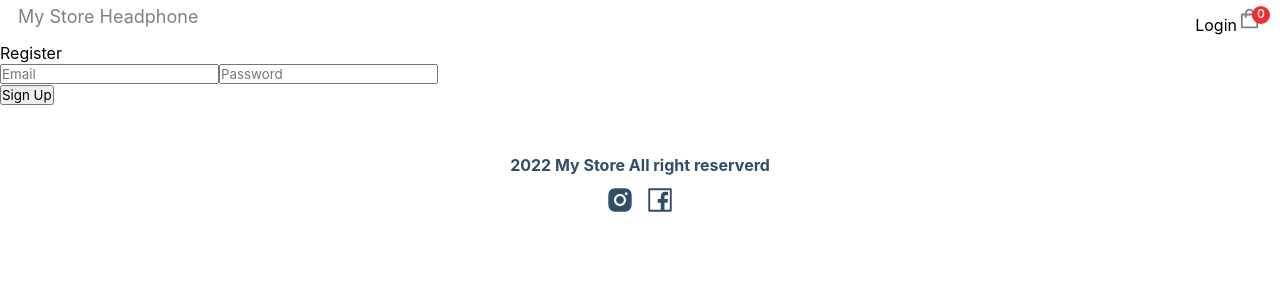
Repository: Than-sothearak/ecommerce
Page: /login
The author's editor kept a copy of each file at every save. The page is drawn from the files as they stood at one save, then again after the next save.
The browser window is 1280 px wide. The pictures show the whole page.
The project was rebuilt for these pictures with package versions that can differ from the ones it lists, and the page was loaded fresh each time. The framework's server and built-in components were replaced by stand-ins that run in the browser. Also part of the build but not shown: next.config.js, lib/client.js, components/Cart.jsx, components/FooterBanner.jsx, components/HeroBanner.jsx, components/Product.jsx.

Above is the page before, as saved 2022-11-26 23:19:10.

### pages/_app.js
import React from 'react';
import { Toaster } from 'react-hot-toast';

import { Layout } from '../components';
import '../styles/globals.css';
import { StateContext } from '../context/StateContext';

function MyApp({ Component, pageProps }) {
  return (
      <StateContext>
      <Layout>
        <Toaster />
        <Component {...pageProps} />
      </Layout>
      </StateContext>
  )
}

export default MyApp

### pages/login.js
import React from 'react';

const login = () => {

  return (
    <form action='/api/login'method='POST'className='form-container' >
      <div className='login'>Register
      </div>
      <div className='input-container'>
        <input name='email'type='email' placeholder='Email' className='input'></input>
        <input name='password'type='password' placeholder='Password' className='input'></input>
      </div>
        <input type='submit' value='Sign Up'/>

    </form>
  )
}

export default login

### components/index.js
export { default as Footer } from './Footer';
export { default as Cart } from './Cart';
export { default as FooterBanner } from './FooterBanner';
export { default as HeroBanner } from './HeroBanner';
export { default as Layout } from './Layout';
export { default as Navbar } from './Navbar';
export { default as Product } from './Product';

### styles/globals.css
html,
body, * {
  padding: 0;
  margin: 0;
  font-family: -apple-system, BlinkMacSystemFont, Segoe UI, Roboto, Oxygen,
    Ubuntu, Cantarell, Fira Sans, Droid Sans, Helvetica Neue, sans-serif;
  box-sizing: border-box;


}
::-webkit-scrollbar {
  width: 0px;
}

a {
  color: inherit;
  text-decoration: none;
}

.layout{
  max-width: 1400px;
 margin: auto;
 width: 100%;
}

.navbar-container {
  display: flex;
  justify-content: space-between;
  margin: 6px 18px;
  position: relative;

}

.marquee-text{
  font-size: 29px;
  font-weight: 600;
  margin: 60px 0px;
  color: #f02d34;
}
.marquee {
  position: relative;
  height: 400px;
  width: 100%;
  overflow-x: hidden;
}

.track {
  position: absolute;
  white-space: nowrap;
  will-change: transform;
  animation: marquee 15s linear infinite;
  width: 180%;
}
.track:hover {
  animation-play-state: paused;
}
@keyframes marquee {
  from { transform: translateX(0); }
  to { transform: translateX(-50%); }
}

 span.text-red {
    -webkit-text-stroke: 1px #f02d34;
    margin-left: 6px;
}
.logo{
  color: gray;
  font-size: 18px;

}
.cart-icon{

  font-size: 25px;
  color: gray;
  cursor: pointer;
  position: relative;
  transition: transform .4s ease;
  border: none;
  background-color: transparent;
}
.cart-icon:hover{
  transform: scale(1.1,1.1);
}
.cart-item-qty{
  position: absolute;
  right: -8px;
  font-size: 12px;
  color: #eee;
  background-color: #f02d34;
  width: 18px;
  height: 18px;
  border-radius: 50%;
  text-align: center;
  font-weight: 600;

}
.products-container {
  display: flex;
  flex-wrap: wrap;
  justify-content: center;
  gap: 15px;
  margin-top: 20px;
  width: 100%;
}
.product-card {
  border: 1px solid rgb(137, 137, 137);
  padding: 30px;
  display: flex;
  flex-direction: column;
  cursor: pointer;
  transform: scale(1, 1);
  transition: transform 0.5s ease;
  color: #324d67;

}
.product-card:hover{
  transform: scale(1.1,1.1)
}
.product-image{

  transform: scale(1, 1);
  transition: transform 0.5s ease;
}

.product-name{
  width: 250px;
  font-weight: 500;
  overflow: hidden;
  text-overflow: ellipsis;
  display: -webkit-box;
   -webkit-line-clamp: 2; /* number of lines to show */
           line-clamp: 2;
   -webkit-box-orient: vertical;

}

.product-price{
  font-weight: 800;
  margin-top: 6px;
  color: black;
}

.hero-banner-container{
  padding: 100px 80px;
  background-color: #dcdcdc;
  border-radius: 15px;
  position: relative;
  height: 500px;
  line-height: 0.9;
  width: 100%;

}
.hero-banner-container .product-banner{
  font-size: 20px;
  margin-left: 20px;
}
.hero-banner-container button{
   border-radius: 15px;
  padding: 10px 16px;
  background-color: #00d4ff;
  color: white;
  border: none;
  margin-top: 40px;
  font-size: 18px;
  font-weight: 500;
  cursor: pointer;
  margin-left: 20px;
  z-index:10000 !important;
}

.hero-banner-container h3{
  font-size: 4rem;
  margin-top: 4px;
  margin-left: 20px;
}
.hero-banner-container h1{
  color: white;
  font-size: 5em;
  width: 600px;
  margin-left: 20px;
  text-transform: uppercase;
}
.hero-banner-image{
  position: absolute;
  top: 0%;
  right:10%;
  width: 500px;
  height: 500px;
}


.desc{
position: absolute;
right: 10%;
bottom: 5%;
width: 300px;
line-height: 1.3;
display: flex;
flex-direction: column;
 color: #324d67;

}
.desc p{
  color: #5f5f5f;
  font-weight: 100;
text-align: end;
}
.desc h5{
  margin-bottom: 12px;
  font-weight: 700;
  font-size: 16px;
  /* color: black; */
  align-self: flex-end;
}
.products-heading{
  text-align: center;
  margin: 40px 0px;
 color: #324d67;

}
.products-heading h2{
  font-size: 40px;
  font-weight: 800;
}
.products-heading p{
  font-size: 16px;
  font-weight: 200;
}
.footer-banner-container{
  padding: 40px 40px;
  background: rgb(2,0,36);
background: linear-gradient(90deg, rgba(2,0,36,1) 0%, rgba(9,9,121,1) 0%, rgba(0,212,255,1) 100%);
  border-radius: 15px;
  position: relative;
  height: 400px;
  line-height: 1;
  color: white;
  width: 100%;
  margin-top: 100px;
}

.banner-desc{
  display: flex ;
  justify-content: space-between;
}
.banner-desc button{
  border-radius: 15px;
  padding: 10px 16px;
  background-color: white;
  color: #00d4ff;
  border: none;
  margin-top: 40px;
  font-size: 18px;
  font-weight: 500;
  cursor: pointer;
}
.banner-desc .left h3{
  font-weight: 900;
  font-size: 80px;
  z-index: 1;
  position: relative;
  margin-left: 25px;
}
.banner-desc .left p{
  margin-left: 30px;
}
.footer-banner-image{
  position: absolute;
  width: 450px;
  top: 0%;
  left: 40%;
}
.banner-desc .right{
  line-height: 1.4;
}
.banner-desc .right h3{
  font-weight: 800;
  font-size: 60px;
}
.banner-desc .right p{
  font-size: 18px;
}
.banner-desc .right .company-desc{
  font-size: 14px;
  font-weight: 300;
}
.cart-wrapper{
  width: 100vw;
  background: rgba(0, 0, 0, 0.5);
  position: fixed;
  right: 0;
  top: 0;
  z-index: 100;
  /* will-change: transform; */
  transition: all 1s ease-in-out;

}
.cart-container{
  height: 100vh;
  width: 600px;
  background-color: white;
  float: right;
  padding: 40px 10px;
  position: relative;

}

.footer-container{
  color: #324d67;
  text-align: center;
  margin-top: 20px;
  padding: 30px 10px;
  font-weight: 700;
  display: flex;
  flex-direction: column;
  align-items: center;
  gap: 10px;
  justify-content: center;

}
.footer-container .icons{
  font-size: 30px;
  display: flex;
  gap: 10px;
}
 .cart-heading{
  display: flex;
  align-items: center;
  font-size: 18px;
  font-weight: 500;
  cursor: pointer;
  gap: 2px;
  margin-left: 10px;
  border: none;
  background-color: transparent;
}

.cart-heading .heading{
  margin-left: 10px;
}
.cart-num-items{
  margin-left: 10px;
  color: #f02d34;
}
.empty-cart{
  margin:40px;
  text-align:center;
}
.empty-cart h3{
  font-weight: 600;
  font-size: 20px;
}
.cancel{
  cursor: pointer;
}
.product-container{
  margin-top: 15px;
  overflow: auto;
  max-height: 70vh;
  padding: 20px 10px;
}
.product{
  display: flex;
  gap: 30px;
}
.product .cart-product-image{
  width:180px ;
  height: 150px;
    border-radius: 15px;
 background-color: #ebebeb;
}
.item-desc .flex{
  display: flex;
  justify-content: space-between;
  width: 350px;
  color: #324d67;

}
.item-desc .bottom{
  margin-top: 60px;
}
.flex h5{
  font-size: 18px;
}
.flex h4{
  font-size: 16px;
}
.total{
  display: flex;
  justify-content: space-between;
}
.total h3{
  font-size: 22px;

}
.remove-item{
  font-size: 24px;
  color: #f02d34;
  cursor: pointer;
  background: transparent;
  border: none;
}
.cart-bottom{
  position: absolute;
  bottom: 12px;
  right: 5px;
width: 100%;
padding: 30px 65px;

}

.btn-container{
  width: 400px;
  margin: auto;
}
.btn{
  width: 100%;
  max-width: 400px;
  padding: 10px 12px;
  border-radius: 15px;
  border: none;
  font-size: 20px;
  margin-top: 10px;
  margin-top: 40px;
  text-transform: uppercase;
  background-color: #f02d34;
  color: #fff;
  cursor: pointer;
    transform: scale(1, 1);
  transition: transform 0.5s ease;
}
.btn:hover{
  transform: scale(1.1,1.1);
}
.product-detail-container{
  border: 1px solid rgb(167, 167, 167);
  padding: 30px;
  width: 100%;
  display: flex;
  justify-content: space-evenly;
}

.product-detail-image{
  border-radius: 15px;
  margin-right: 20px;
  width: 400px;
  height: 400px;
  cursor: pointer;
  transition: .3s ease-in-out;
}

.small-images-container{
  display: flex;
  gap: 10px;
  margin-top: 20px;
}
.small-image{
  border-radius: 8px;
  background-color: #ebebeb;
  width: 70px;
  height: 70px;
  cursor: pointer;
}

.selected-image{
  background-color: rgba(0, 0, 0, 0.5)
}
.reviews{
  color: #f02d34;
  margin-top: 10px;
  display: flex;
  gap: 5px;
  align-items: center;
}

.product-detail-desc h4{
  margin-top: 10px;
}
.product-detail-desc ul {
  margin-left: 30px;
}
.product-detail-desc p{
  margin-top: 10px;
}
.reviews p{
  color: #324d67;
  margin-top: 0px;
}
.product-detail-desc .price{
  font-weight: 700 ;
  font-size: 26px;
  margin-top: 30px;
  color:#f02d34;
}
.price .old-price, .product-price .old-price, .price .old-price{
  color: gray;
  text-decoration: line-through;
}
.product-detail-desc .quantity{
  display: flex;
  gap: 20px;
  margin-top: 10px ;
  align-items: center;
}
.product-detail-desc .buttons{
  display: flex;
  gap: 30px;
}
.buttons .add-to-cart{
  padding: 10px 20px;
  border: 1px solid #f02d34 ;
  margin-top: 40px;
  font-size: 18px;
  font-weight: 500;
  background-color: white;
  color: #f02d34;
  cursor: pointer;
  width: 200px;
   transform: scale(1, 1);
  transition: transform 0.5s ease;
}
.buttons .add-to-cart:hover{
  transform:scale(1.1,1.1)
}
.buttons .buy-now{
  width: 200px;

  padding: 10px 20px;
  background-color: #f02d34;
  color: white;
  border: none;
  margin-top: 40px;
  font-size: 18px;
  font-weight: 500;
  cursor: pointer;
   transform: scale(1, 1);
  transition: transform 0.5s ease;
}
.buttons .buy-now:hover{
  transform:scale(1.1,1.1)
}

.quantity-desc{
  border: 1px solid gray;
  padding: 5px;
}
.quantity-desc span{
  font-size: 16px;
  padding: 6px 12px;
  cursor: pointer;
}
.quantity-desc .minus{
  border-right: 1px solid gray;
  color: #f02d34;
}
.quantity-desc .num{
  border-right: 1px solid gray;
  font-size: 20px;
}
.quantity-desc .plus{
  color: rgb(49, 168, 49);

}

.maylike-products-wrapper{
  margin-top: 120px;
}
.maylike-products-wrapper h2{
  text-align: center;
  margin: 50px;
  color: #324d67;

  font-size: 28px;
}
.maylike-products-container{
  display: flex;
  justify-content: center;
  gap: 15px;
  margin-top: 20px;
}
.max-qty{
  font-weight: 500;
  color: #f02d34;
}
.success-wrapper, .cancel-wrapper{
  background-color: white;
  min-height: 60vh;

}
.success, .cancel{
  width: 1000px;
margin: auto;
margin-top: 160px;
  background-color: #dcdcdc;
  padding: 50px;
  border-radius: 15px;
  display: flex;
  justify-content: center;
  align-items: center;
  flex-direction: column;
}

.success .icon {
   color: green;
   font-size: 40px;
}
.success h2{
  text-transform: capitalize;
  margin-top: 15px 0px;
  font-weight: 900;
  font-size: 40px;
  color:#324d67;
}
.success .email-msg{
   font-size: 16px;
  font-weight: 600;
  text-align: center;
}
.cancel p{
  font-size: 20px;
  font-weight: 600;
}
.success .description{
  font-size: 16px;
  font-weight: 600;
  text-align: center;
  margin: 10px;
  margin-top: 30px;
}
.success .description .email{
  margin-left: 5px;
  color: #f02d34;
}
.product-max-qty{
  margin-top: 10px;
}

@media screen and (max-width:800px) {

.product-banner-desc {
  width: 100%;
  display: block;
  justify-content: space-evenly;
}
.product-banner-desc img{
  margin-right: 40px;
  position: absolute;
}
.product-banner-desc h3 {
  z-index: 5;
  position: relative;
  color: black;

}
  .hero-banner-container{
    height: 560px;
  }
  .hero-banner-image{

    width: 100%;
    height: 62%;
    top: -2%;
    right: -6%;
  }
  .footer-banner-container{
    height: 560px;
    margin-top: 80px;
  }
  .footer-banner-image{
    width: 60%;
    left: 30%;
    top: 6%;
    height: 50%;
    box-sizing: border-box;

  }
  .banner-desc .left h3{
    font-weight: 900;
    font-size: 50px;
    margin-left: 5px;
  }
  .banner-desc .left p{
    margin:18px;
  }
  .banner-desc .right h3{
    font-size: 45px;
  }
  .banner-desc .right p{
    font-size: 18px;
  }
  .banner-desc .right .company-desc{
    font-size: 14px;
  }
  .banner-desc{
    flex-wrap: wrap;
    gap: 20px;
  }
  .hero-banner-container{
    line-height: 1.3;
    padding: 76px


  }
  .total {
    justify-content: space-around;
  }
  .hero-banner-container img{
    box-sizing: border-box;
    width: 70%;
    height: 50%;
  }
  .hero-banner-container h1{
    font-size: 30px;
    width: 30%;
  }
 .hero-banner-container h3{
    font-size: 40px;
  }
  .hero-banner-container button{
    margin-top: 90px;
    z-index: 10000;
  }
  .desc{
   bottom: 60px;
  }
  .product-detail-container{
    flex-wrap: wrap;
    margin: 0;
    }
  .product-detail-container .product-detail-image{
    width: 350px;
    height: 350px;
  }
  .cart-container{
    width: 415px;
    padding: 4px;
    height: 900px;
  }
  .cart-heading{
    margin-top: 35px;
  }
  .product-container{
    margin-top: 10px;

  }
  .product{
    padding: 20px 5px;

  }
  .product .cart-product-image{
    width: 25%;
    height: 25%;
  }
  .buttons .add-to-cart{
    width: 150px;
  }
  .buttons .buy-now{
    width: 150px;
  }


.item-desc .flex{
  width: 200px;
}
.top{
  flex-wrap: wrap;
  gap: 10px;


}
.item-desc .bottom{
  margin-top: 30px;
}
.flex h5{
  font-size: 16px;
   color: #324d67;
}
.flex h4{
  font-size: 16px;
   color: black;
}
.cart-bottom{
  padding: 30px;
}

.total h3{
  font-size: 20px;
}
.track {
  animation: marquee 10s linear infinite;
  width: 550%;
}
.success-wrapper, .cancel-wrapper{

  min-height: 69vh;
}
.success, .cancel {
   width: 370px;
  margin-top: 100px;
  padding: 20px;
}
.success{
  height: 350px;
}
.success h2{
  font-size: 17px;
}
.btn-container{
  width: 300px;
  margin: auto;
}
}

### context/StateContext.js
import axios from 'axios';
import React, { createContext, useContext, useState, useEffect } from 'react';
import { toast } from 'react-hot-toast';

const Context = createContext();

export const StateContext = ({ children }) => {
    const [showCart, setShowCart] = useState(false);
    const [cartItems, setCartItems] = useState([]);
    const [totalPrice, setTotalPrice] = useState(0);
    const [totalQty, setTotalQty] = useState(0);
    const [qty, setQty] = useState(1);

    let foundProduct;
    let index;


    const onAdd = (product, quantity) => {
      const checkProductInCart = cartItems.find((item) => item._id === product._id)
         setTotalPrice((prevTotalPrice) => prevTotalPrice + product.price * quantity);
         setTotalQty((prevTotalQty) => prevTotalQty + quantity);

         if(checkProductInCart) {
        const updateCartItems = cartItems.map((cartProduct) => {
          if (cartProduct._id === product._id) return {
            ...cartProduct,
          quantity: cartProduct.quantity + quantity
          }

        })
        setCartItems(updateCartItems);

      } else {
        product.quantity = quantity;
        setCartItems([...cartItems, {...product}]);
      }
      toast.success(`${qty} ${product.name} added to the cart.`);

    }

    const onRemove = (product) => {
      foundProduct = cartItems.find((item) => item._id === product._id);
      const newCartItems = cartItems.filter((item) => item._id !== product._id);

      setTotalPrice((prevTotalPrice) => prevTotalPrice - foundProduct.price * foundProduct.quantity);
      setTotalQty((prevTotalQty) => prevTotalQty - foundProduct.quantity);
      setCartItems(newCartItems);
    }

    const toggleCartItemQuanitity = (id, value) => {
      foundProduct = cartItems.find((item) => item._id === id)
      index = cartItems.findIndex((product) => product._id === id);
      const newCartItems = cartItems.filter((item) => item._id !== id)

      if(value === 'inc') {
        newCartItems.splice(index, 0, {...foundProduct, quantity: foundProduct.quantity + 1});
        setCartItems(newCartItems);
        setTotalPrice((prevTotalPrice) => prevTotalPrice + foundProduct.price)
        setTotalQty(prevTotalQuantities => prevTotalQuantities + 1)
      } else if(value === 'dec') {
        if (foundProduct.quantity > 0) {
          newCartItems.splice(index, 0, {...foundProduct, quantity: foundProduct.quantity - 1});
          setCartItems(newCartItems);
          setTotalPrice((prevTotalPrice) => prevTotalPrice - foundProduct.price)
          setTotalQty(prevTotalQuantities => prevTotalQuantities - 1)
        }
      }

    }

    const incQty = () => {
        setQty((num => num + 1));
    }

    const decQty = () => {
        setQty((num) => {
            if (num > 1 ) return  num - 1;
            return num = 1;
        });
    }

        return (
            <Context.Provider
              value={{
                showCart,
                setShowCart,
                setTotalQty,
                cartItems,
                totalPrice,
                totalQty,
                qty,
                incQty,
                decQty,
                onAdd,
                toggleCartItemQuanitity,
                onRemove,


              }}
            >
              {children}
            </Context.Provider>
          )
}

export const useStateContext = () => useContext(Context);

### components/Footer.jsx
import React from 'react'
import { AiFillInstagram, AiOutlineFacebook } from 'react-icons/ai';

const Footer = () => {
  return (
    <div className='footer-container'>
       <p>2022 My Store All right reserverd</p>
       <p className='icons'>
         <AiFillInstagram />
         <AiOutlineFacebook />
       </p>
    </div>
  )
}

export default Footer

### components/Layout.jsx
import React from 'react';
import Head from 'next/head';
import Navbar from './Navbar';
import Footer from './Footer';

const Layout = ({ children }) => {
  return (
    <div className='layout'>
     <Head>
      <title>My Store</title>
     </Head>
     <header>
      <Navbar />
     </header>
     <main className='main'>
      { children }
     </main>
     <footer>
      <Footer />
     </footer>
    </div>
  )
}

export default Layout

### components/Navbar.jsx
import React from 'react';
import Link from 'next/link';
import { AiOutlineShopping } from "react-icons/ai";
import { useStateContext } from '../context/StateContext';
import { Cart } from './';


const Navbar = () => {

const { totalQty, showCart,setShowCart } = useStateContext();

return (
    <div className='navbar-container'>
     <div className='logo'><p>
        <Link href='/'>My Store Headphone
        </Link>
      </p>
      </div>

      <div className='cart'>
      <Link href='/login'>Login</Link>
      <button type="button" className="cart-icon" onClick={() => setShowCart(true)}>
        <AiOutlineShopping />
        <span className='cart-item-qty'>{totalQty}</span>
      </button>
      </div>
      {showCart && <Cart />}
    </div>
  )
}

export default Navbar

After the next save:
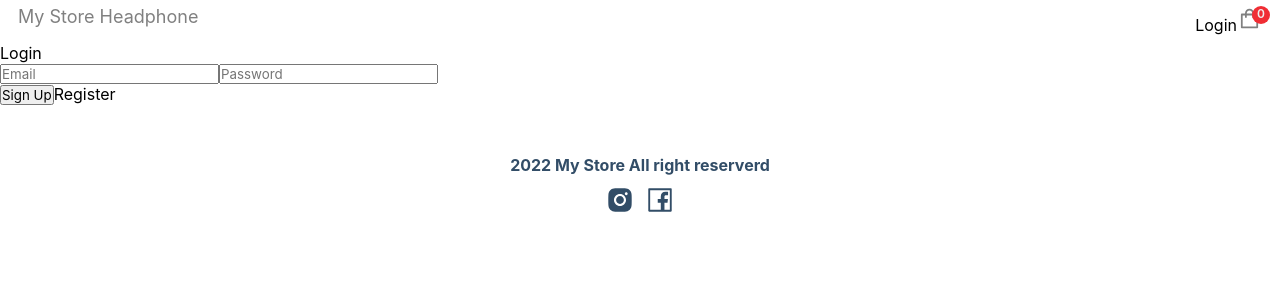
Saved 95 s later.
--- a/pages/login.js
+++ b/pages/login.js
@@ -1,17 +1,18 @@
+import Link from 'next/link';
 import React from 'react';
 
 const login = () => {
 
   return (
     <form action='/api/login'method='POST'className='form-container' >
-      <div className='login'>Register
+      <div className='login'>Login
       </div>
       <div className='input-container'>
         <input name='email'type='email' placeholder='Email' className='input'></input>
         <input name='password'type='password' placeholder='Password' className='input'></input>
       </div>
         <input type='submit' value='Sign Up'/>
-
+        <Link href='/register'>Register</Link>
     </form>
   )
 }
